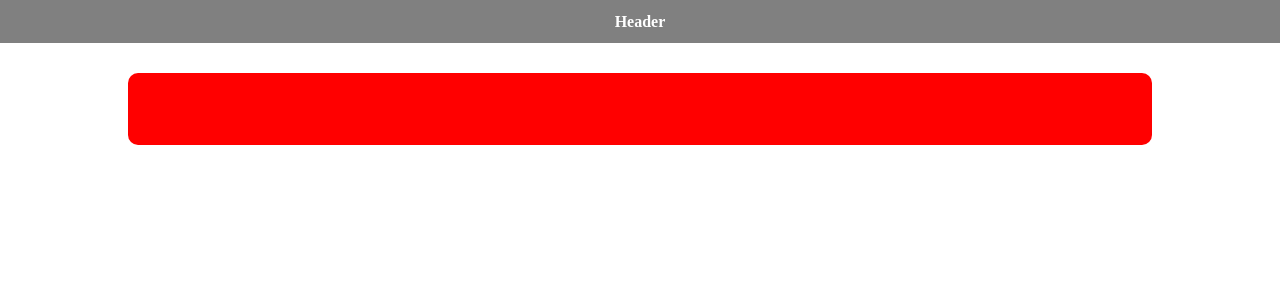
Repository: mateus-henrique-silva/react-system
Page: /
An editor plug-in stored every save of this project. The page is shown before and after a run of saves, followed by the edit.
The browser window is 1280 px wide. The pictures show the whole page.
The project was rebuilt for these pictures with package versions that can differ from the ones it lists, and the page was loaded fresh each time.

Above is the page before, as saved 2022-09-23 15:28:23.

After the next 3 saves:
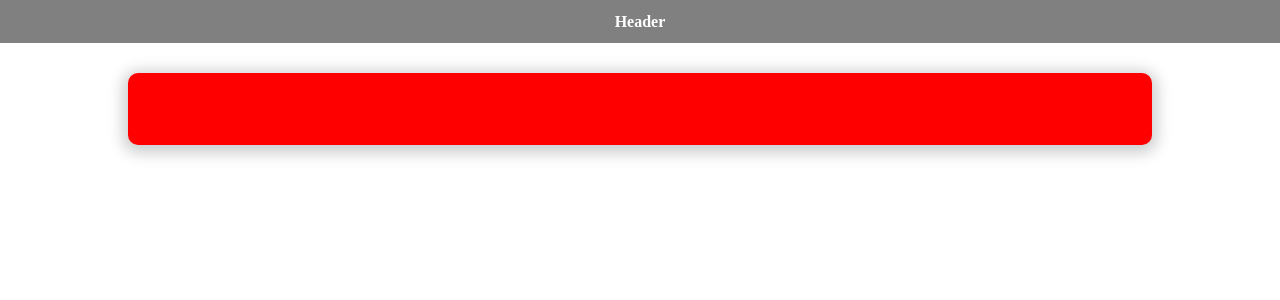
The 3 saves are shown as one change because they came seconds apart.
The last was saved 87 s later.
--- a/src/Components/Box/Styles.css
+++ b/src/Components/Box/Styles.css
@@ -1,12 +1,14 @@
-.box{
-    width:80vw;
-    height:10vh;
-    background:red;
-    border-radius:10px;
+.box {
+  width: 80vw;
+  height: 10vh;
+  background: red;
+  border-radius: 10px;
+  -webkit-box-shadow: 0px 3px 15px 5px rgba(0, 0, 0, 0.2);
+  box-shadow: 0px 3px 15px 5px rgba(0, 0, 0, 0.2);
 }
 
-.box-prime{
-    display:flex;
-    justify-content:center;
-    margin:30px;
+.box-prime {
+  display: flex;
+  justify-content: center;
+  margin: 30px;
 }
